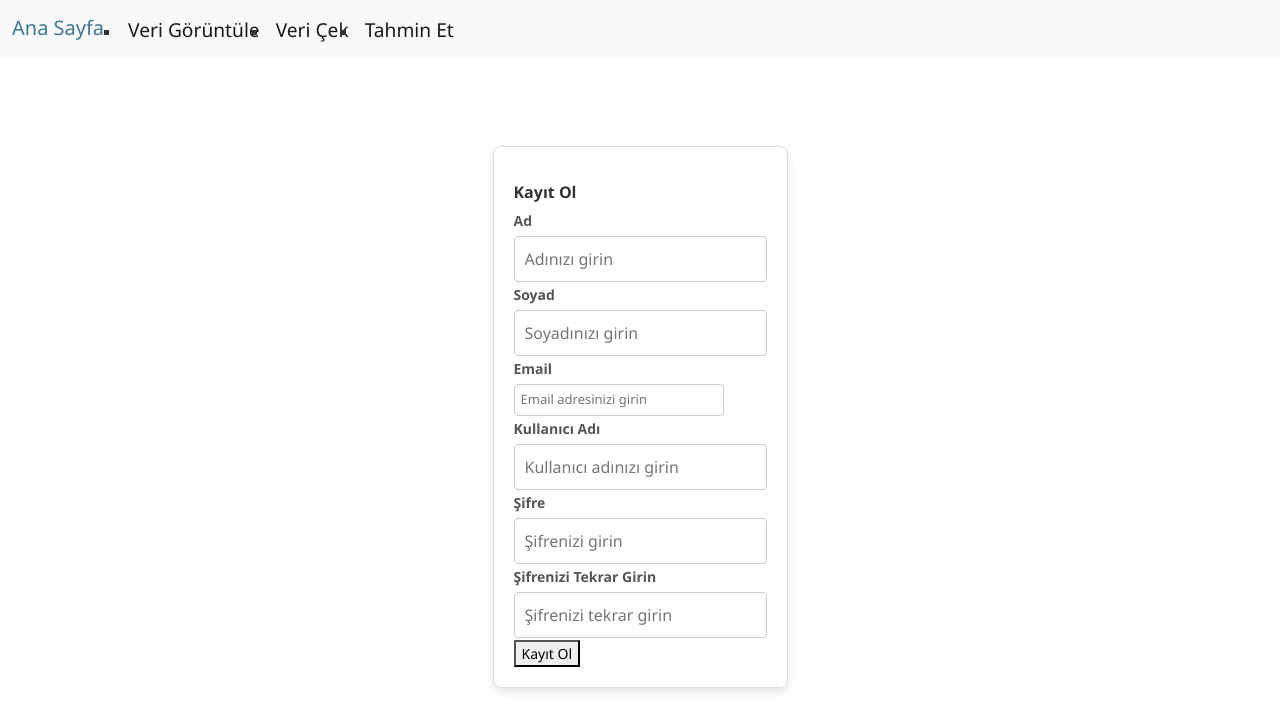
Repository: keremtanil/football_match_result_prediction
Page: http://localhost/account/register
These files come from the project's save history. The page is drawn as it stood at one moment and after the next save; the edit follows.
The browser window is 1280 px wide. The pictures show the whole page.
The page is served by the project's application, run on Django 3.2 (blogapp/manage.py).

Above is the page before, as saved 2025-01-06 20:06:21.

After the next save:
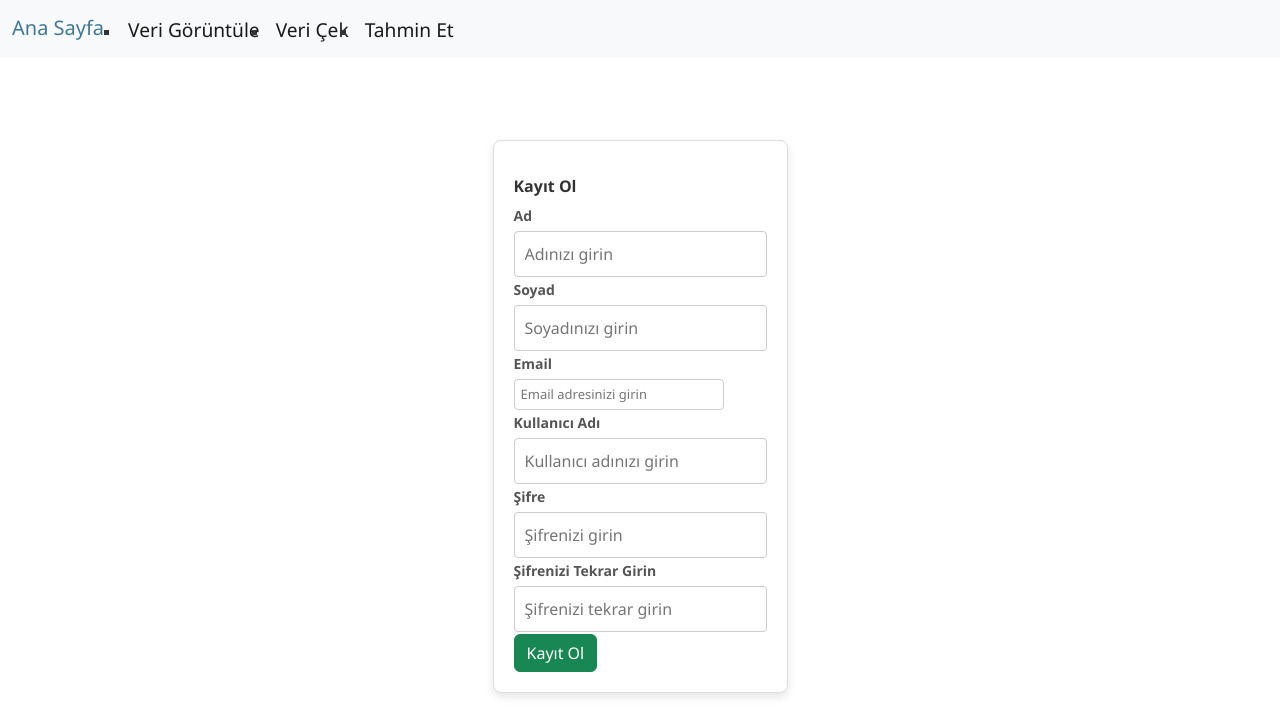
Saved 117 s later.
--- a/blogapp/account/templates/account/register.html
+++ b/blogapp/account/templates/account/register.html
@@ -32,7 +32,7 @@
             <label for="repassword">Şifrenizi Tekrar Girin</label>
             <input type="password" id="repassword" placeholder="Şifrenizi tekrar girin">
         </div>
-        <button type="submit">Kayıt Ol</button>
+        <button type="submit" class="btn btn-success">Kayıt Ol</button>
     </form>
 
 </div>
